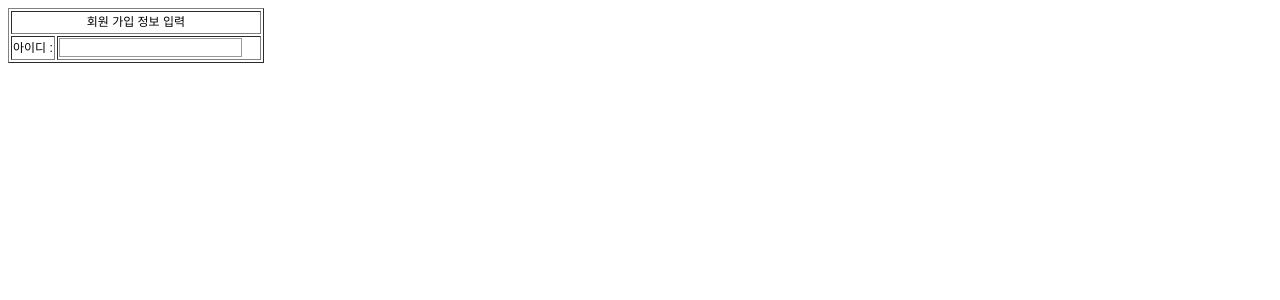
Repository: sgnq008-tech/JSP
Page: http://localhost/WebProject/memberone/regForm.jsp
An editor plug-in stored every save of this project. The page is shown before and after the next save, followed by the edit.
The browser window is 1280 px wide. The pictures show the whole page.
The page is served by Tomcat 9.

Above is the page before, as saved 2026-09-14 07:39:24.

After the next save:
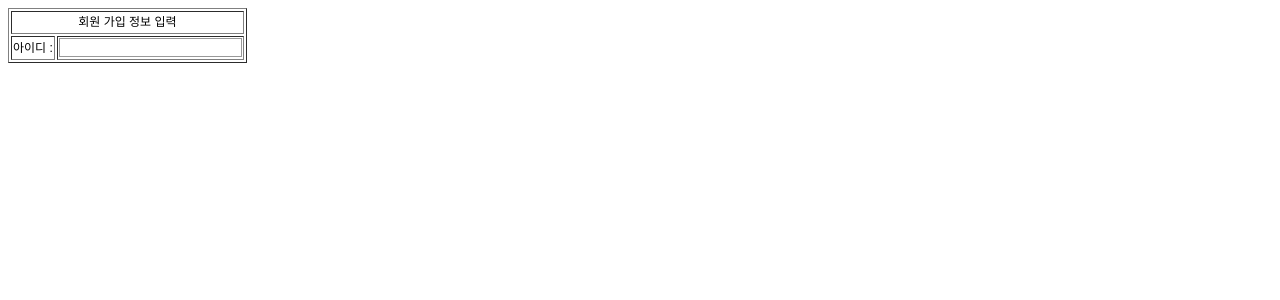
Saved 4 s later.
--- a/jsp_workspace/WebProject/src/main/webapp/memberone/regForm.jsp
+++ b/jsp_workspace/WebProject/src/main/webapp/memberone/regForm.jsp
@@ -16,7 +16,7 @@
 
       <tr>
            <td align="right"> 아이디 : </td>
-            <td width="200">
+            <td>
                <input type="text" name="id" size="20">
             </td>
        </tr>
